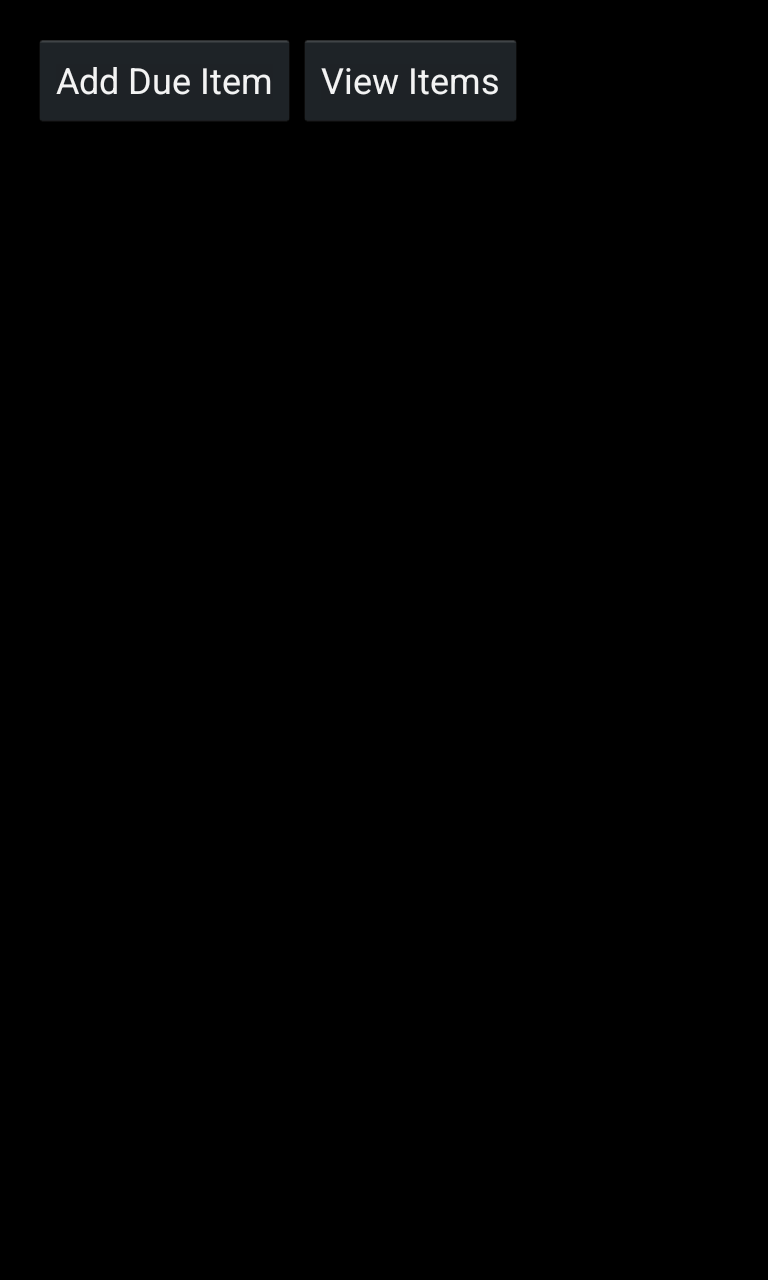
Repository: vignaesh01/Due-Date-App
Layout: DueDateManager/res/layout/activity_main.xml
An editor plug-in stored every save of this project. The layout is shown before and after the next save, followed by the edit.
It is drawn on a 768 x 1280 px phone screen (xhdpi) without system bars, with theme android:Theme.Holo; the app's code is not run. Lists and similar views that code fills are empty.

Above is the layout before, as saved 2014-11-14 14:47:40.

### DueDateManager/res/layout/activity_main.xml
<LinearLayout xmlns:android="http://schemas.android.com/apk/res/android"
    xmlns:tools="http://schemas.android.com/tools"
    android:id="@+id/LinearLayout1"
    android:layout_width="match_parent"
    android:layout_height="match_parent"
    android:orientation="vertical"
    android:paddingBottom="@dimen/activity_vertical_margin"
    android:paddingLeft="@dimen/activity_horizontal_margin"
    android:paddingRight="@dimen/activity_horizontal_margin"
    android:paddingTop="@dimen/activity_vertical_margin"
    tools:context="com.example.duedatemanager.MainActivity" >

    <LinearLayout
        android:id="@+id/linearLayout1"
        android:layout_width="match_parent"
        android:layout_height="wrap_content"
        android:orientation="horizontal" >

        <Button
            android:id="@+id/btnAddDueItem"
            android:layout_width="wrap_content"
            android:layout_height="wrap_content"
            android:onClick="goToAddDueItem"
            android:text="@string/addDueItem" />

        <Button
            android:id="@+id/btnViewDueItem"
            android:layout_width="wrap_content"
            android:layout_height="wrap_content"

            android:onClick="goToViewItems"
            android:text="@string/viewItems" />
    </LinearLayout>

    <ListView
        android:id="@+id/listView1"
        android:layout_width="match_parent"
        android:layout_height="wrap_content" >
    </ListView>

</LinearLayout>

### DueDateManager/res/values/strings.xml
<?xml version="1.0" encoding="utf-8"?>
<resources>

    <string name="app_name">Due Date Manager</string>
    <string name="hello_world">Hello world!</string>
    <string name="action_settings">Settings</string>
    <string name="addDueItem">Add Due Item</string>
    <string name="viewItems">View Items</string>
    <string name="title_activity_add_item">Add a Due Item</string>
    <string name="title_activity_view_items">View Items</string>
    <string name="title_activity_more_info">More Info</string>

</resources>

Loaded but not shown: DueDateManager/res/values/dimens.xml (common file); DueDateManager/res/values-w820dp/dimens.xml (common file)

After the next save:
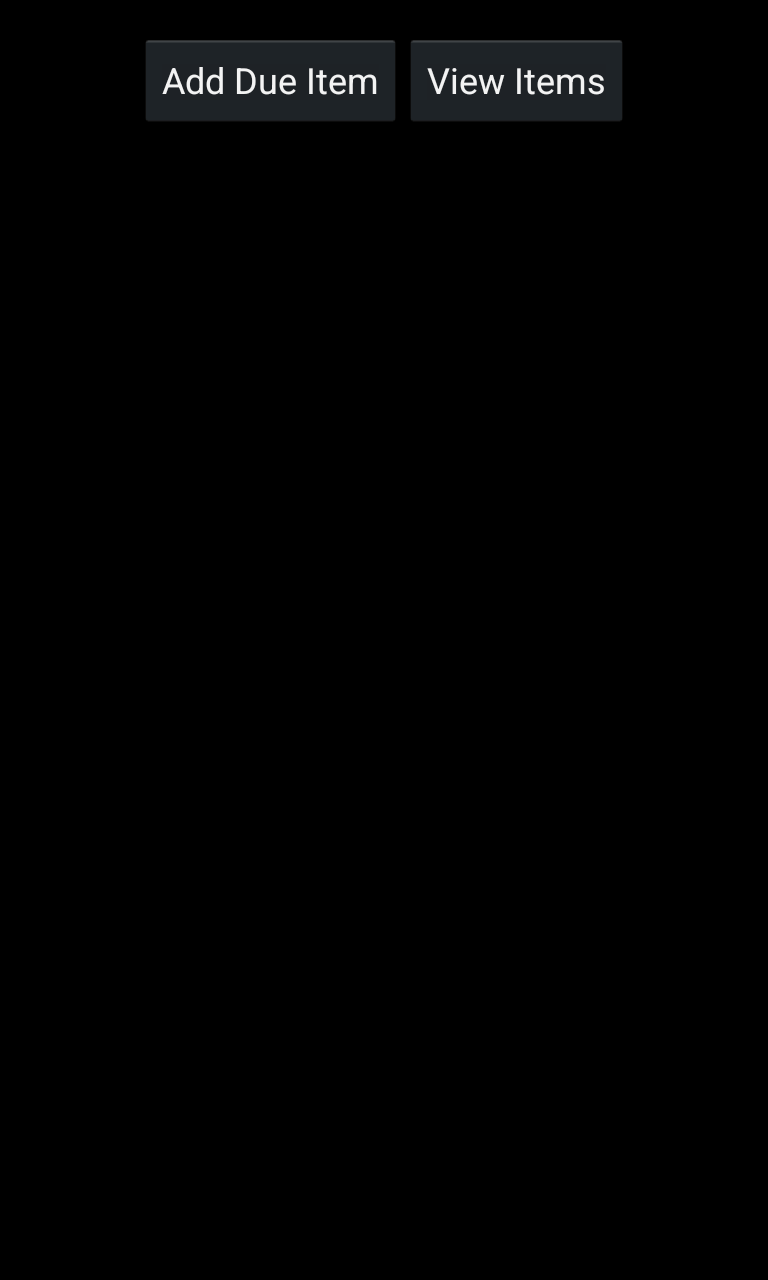
Saved 29 s later.
--- a/DueDateManager/res/layout/activity_main.xml
+++ b/DueDateManager/res/layout/activity_main.xml
@@ -14,7 +14,8 @@
         android:id="@+id/linearLayout1"
         android:layout_width="match_parent"
         android:layout_height="wrap_content"
-        android:orientation="horizontal" >
+        android:orientation="horizontal"
+        android:gravity="center_horizontal">
 
         <Button
             android:id="@+id/btnAddDueItem"
